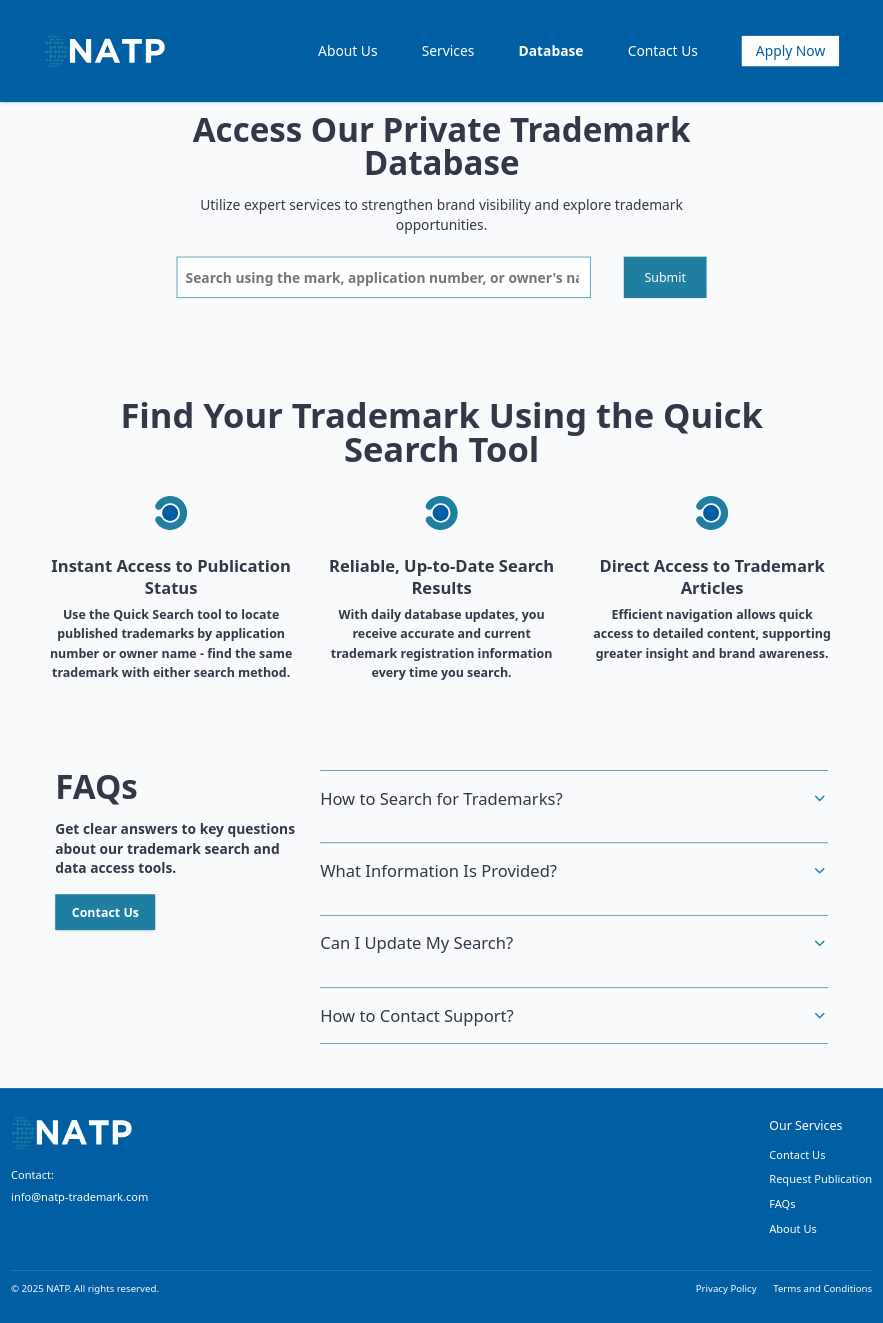
Repository: raushan22882917/natp-preview
Page: /search
The author's editor kept a copy of each file at every save. The page is drawn from the files as they stood at one save, then again after the next save.
The browser window is 1280 px wide. The pictures show the whole page, at 69% of full size.
The project was rebuilt for these pictures with package versions that can differ from the ones it lists, and the page was loaded fresh each time. Also part of the build but not shown: vite.config.ts, src/components/ui/tooltip.tsx, src/components/Hero.tsx, src/hooks/use-hash-scroll.tsx, src/pages/Index.tsx, src/pages/About.tsx, src/components/ui/card.tsx, src/components/SearchResults.tsx and 34 more.

Above is the page before, as saved 2025-05-13 00:45:52.

### index.html
<!DOCTYPE html>
<html lang="en">
  <head>
    <meta charset="UTF-8" />
    <meta name="viewport" content="width=device-width, initial-scale=1.0" />
    <title>NATP</title>
    <meta name="description" content="Trademark Publication and Registration Services" />
    <meta name="author" content="Trademark Publication" />
    <link rel="icon" type="image/png" href="/trade.png" />
    <link rel="apple-touch-icon" href="/trade.png" />

    <meta property="og:title" content="Trademark Publication" />
    <meta property="og:description" content="Trademark Publication and Registration Services" />
    <meta property="og:type" content="website" />
    <meta property="og:image" content="/images/og-image.png" />

    <meta name="twitter:card" content="summary_large_image" />
    <meta name="twitter:image" content="/images/og-image.png" />

    <!-- Start Single Page Apps for GitHub Pages -->
    <script type="text/javascript">
      // Single Page Apps for GitHub Pages/Vercel
      // MIT License
      // https://github.com/rafgraph/spa-github-pages
      (function(l) {
        if (l.search[1] === '/' ) {
          var decoded = l.search.slice(1).split('&').map(function(s) {
            return s.replace(/~and~/g, '&')
          }).join('?');
          window.history.replaceState(null, null,
              l.pathname.slice(0, -1) + decoded + l.hash
          );
        }
      }(window.location))
    </script>
    <!-- End Single Page Apps for GitHub Pages -->
  </head>

  <body>
    <div id="root"></div>
    <script type="module" src="/src/main.tsx"></script>
  </body>
</html>

### src/index.css

@tailwind base;
@tailwind components;
@tailwind utilities;

@layer base {
  :root {
    --background: 0 0% 100%;
    --primary-blue: 207 71% 32%;  /* #005ea2 */
    --secondary-blue: 196 67% 38%; /* #207ea0 */
    --gray: 0 0% 46%;             /* #757575 */
    --text-white: 0 0% 94%;       /* #f0f0f0 */
    --text-black: 0 0% 0%;        /* #000000 */
  }

  body {
    @apply bg-white text-[#000000] antialiased;
  }
}

@layer components {
  .stats-label {
    @apply text-sm text-gray-500;
  }
}

.hero-waves {
  background: linear-gradient(45deg, #005ea2 0%, #207ea0 100%);
  position: relative;
  overflow: hidden;
}

.hero-waves::before {
  content: '';
  position: absolute;
  width: 150%;
  height: 150%;
  top: -25%;
  left: -25%;
  background: url("data:[embedded picture, 221 characters]") repeat;
  animation: wave 15s linear infinite;
  opacity: 0.1;
}

@keyframes wave {
  0% { transform: rotate(0deg); }
  100% { transform: rotate(360deg); }
}

.learn-more-btn {
  @apply px-6 py-2 text-[#f0f0f0] border border-[#f0f0f0]/20 rounded hover:bg-[#f0f0f0]/10 transition-all;
}

.apply-now-btn {
  @apply px-6 py-2 bg-[#f0f0f0] text-[#005ea2] rounded hover:bg-[#f0f0f0]/90 transition-all;
}

.primary-btn {
  @apply px-6 py-2 bg-[#005ea2] text-[#f0f0f0] rounded hover:bg-[#207ea0] transition-all;
}

.stats-value {
  @apply text-5xl font-bold mb-2;
}

.faq-item {
  @apply border-b border-gray-200 py-4;
}

### src/components/ui/toaster.tsx
import { useToast } from "@/hooks/use-toast"
import {
  Toast,
  ToastClose,
  ToastDescription,
  ToastProvider,
  ToastTitle,
  ToastViewport,
} from "@/components/ui/toast"

export function Toaster() {
  const { toasts } = useToast()

  return (
    <ToastProvider>
      {toasts.map(function ({ id, title, description, action, ...props }) {
        return (
          <Toast key={id} {...props}>
            <div className="grid gap-1">
              {title && <ToastTitle>{title}</ToastTitle>}
              {description && (
                <ToastDescription>{description}</ToastDescription>
              )}
            </div>
            {action}
            <ToastClose />
          </Toast>
        )
      })}
      <ToastViewport />
    </ToastProvider>
  )
}

### src/components/ui/sonner.tsx
import { useTheme } from "next-themes"
import { Toaster as Sonner, toast } from "sonner"

type ToasterProps = React.ComponentProps<typeof Sonner>

const Toaster = ({ ...props }: ToasterProps) => {
  const { theme = "system" } = useTheme()

  return (
    <Sonner
      theme={theme as ToasterProps["theme"]}
      className="toaster group"
      toastOptions={{
        classNames: {
          toast:
            "group toast group-[.toaster]:bg-background group-[.toaster]:text-foreground group-[.toaster]:border-border group-[.toaster]:shadow-lg",
          description: "group-[.toast]:text-muted-foreground",
          actionButton:
            "group-[.toast]:bg-primary group-[.toast]:text-primary-foreground",
          cancelButton:
            "group-[.toast]:bg-muted group-[.toast]:text-muted-foreground",
        },
      }}
      {...props}
    />
  )
}

export { Toaster, toast }

### src/pages/Search.tsx
import { useState, useEffect, useCallback } from "react";
import { Navbar } from "@/components/Navbar";
import { Input } from "@/components/ui/input";
import { Button } from "@/components/ui/button";
import { ChevronUp, ChevronDown } from "lucide-react";
import {
  TrademarkCard,
  type TrademarkResult,
} from "@/components/TrademarkCard";
import { supabase } from "@/integrations/supabase/client";
import { toast } from "sonner";
import { debounce } from "lodash";
import { SearchResults } from "@/components/SearchResults";
import { Footer } from "@/components/Footer";
import { useSearchParams, useNavigate } from "react-router-dom";

export default function Search() {
  const [searchParams, setSearchParams] = useSearchParams();
  const navigate = useNavigate();
  const searchQuery = searchParams.get("q") || "";
  const [inputValue, setInputValue] = useState(searchQuery);

  // Log whenever component renders to debug
  console.log("Search component rendering with query:", searchQuery);

  const [results, setResults] = useState<TrademarkResult[]>([]);
  const [loading, setLoading] = useState(false);
  const [searchSubmitted, setSearchSubmitted] = useState(false);

  // Define performSearch function first, before any useEffect that uses it
  const performSearch = useCallback(async (query: string) => {
    if (!query.trim()) {
      setResults([]);
      return;
    }

    setLoading(true);

    try {
      // Get all trademarks first
      const { data: allTrademarks, error } = await supabase
        .from("trademarks")
        .select("*")
        .order("created_at", { ascending: false });

      if (error) throw error;

      console.log("Searching for:", query);

      // Filter the results based on our specific criteria with case sensitivity
      const filteredResults = allTrademarks.filter(trademark => {
        // Track if we found a match for debugging
        let matchFound = false;
        let matchReason = "";

        // 1. Exact match for application number (must be exact, including case)
        if (trademark.application_number && trademark.application_number === query) {
          matchFound = true;
          matchReason = `Match found by application number: ${trademark.application_number}`;
        }

        // 2. Exact word match for mark words (case sensitive) - PRIORITIZED
        if (!matchFound && trademark.mark) {
          // Split by whitespace to get individual words
          const markWords = trademark.mark.split(/\s+/);

          // Check if any word exactly matches the query (case sensitive)
          if (markWords.some(word => word === query)) {
            matchFound = true;
            matchReason = `Match found by mark word: ${query} in ${trademark.mark}`;
          }

          // Also check if the query is contained within the mark (for partial matches)
          if (!matchFound && trademark.mark.includes(query)) {
            matchFound = true;
            matchReason = `Match found by partial mark match: ${query} in ${trademark.mark}`;
          }
        }

        // 3. Exact word match for owner name words (except "LLC") (case insensitive for owner names)
        // Now lowest priority
        if (!matchFound && trademark.owner_name) {
          // Split by whitespace to get individual words
          const ownerWords = trademark.owner_name.split(/\s+/);

          // Convert query to lowercase for case-insensitive comparison with owner names
          const queryLower = query.toLowerCase();

          // Check if any word matches the query (case insensitive) and is not "LLC"
          if (ownerWords.some(word => word.toLowerCase() === queryLower && word !== "LLC")) {
            matchFound = true;
            matchReason = `Match found by owner word: ${query} in ${trademark.owner_name}`;
          }
        }

        // Log the result for this trademark
        if (matchFound) {
          console.log(matchReason);
          console.log("Full trademark data:", {
            id: trademark.id,
            application_number: trademark.application_number,
            mark: trademark.mark,
            owner_name: trademark.owner_name
          });
        }

        return matchFound;
      });

      if (filteredResults.length > 0) {
        setResults(filteredResults);
        if (searchSubmitted) {
          toast.success(`Found ${filteredResults.length} results`);
        }
      } else {
        setResults([]);
        if (searchSubmitted) {
          toast.info("No results found for your search");
        }
      }
    } catch (error) {
      console.error("Search error:", error);
      if (searchSubmitted) {
        toast.error("Failed to perform search. Please try again.");
      }
      setResults([]);
    } finally {
      setLoading(false);
    }
  }, [searchSubmitted]);

  // Debug info
  useEffect(() => {
    console.log("Search page loaded with query:", searchQuery);
  }, [searchQuery]);

  // Update inputValue whenever searchQuery (from URL) changes
  useEffect(() => {
    console.log("URL query param changed to:", searchQuery);
    setInputValue(searchQuery);
    // If there's a search query in the URL, consider it as submitted
    if (searchQuery) {
      setSearchSubmitted(true);
      performSearch(searchQuery);
    }
  }, [searchQuery, performSearch]);

  // Effect to trigger search when query changes
  useEffect(() => {
    if (!searchQuery) return;

    // Create a debounced function inside the effect
    const debouncedFn = debounce(() => {
      performSearch(searchQuery);
    }, 300);

    // Execute the debounced function
    debouncedFn();

    // Clean up
    return () => {
      debouncedFn.cancel();
    };
  }, [searchQuery, performSearch]);

  // Handle form submission for explicit search
  const handleSearch = (e: React.FormEvent) => {
    e.preventDefault();

    if (!inputValue.trim()) {
      toast.error("Please enter a search term");
      return;
    }

    setSearchParams({ q: inputValue }); // Update URL
    setSearchSubmitted(true);
  };

  const features = [
    {
      title: "Instant Access to Publication Status",
      description:
        "Use the Quick Search tool to locate published trademarks by application number or owner name - find the same trademark with either search method.",
    },
    {
      title: "Reliable, Up-to-Date Search Results",
      description:
        "With daily database updates, you receive accurate and current trademark registration information every time you search.",
    },
    {
      title: "Direct Access to Trademark Articles",
      description:
        "Efficient navigation allows quick access to detailed content, supporting greater insight and brand awareness.",
    },
  ];
  const faqs = [
    {
      question: "How to Search for Trademarks?",
      answer:
        "You can find trademarks by searching with the mark name, application number, or owner name. Enter an exact word from the trademark mark (e.g., 'NIKE'), the exact application number (e.g., 97654321), or an exact word from the owner name (except 'LLC') in the search field and select 'Submit'. The search prioritizes matches by mark first, then application number, and finally owner name. The search is case sensitive for application numbers and mark words, but case insensitive for owner names. For example, searching for 'raushan' will match both 'raushan' and 'RAUSHAN' in owner names. For application numbers, all digits must match exactly. Each result links to a detailed article for further information.",
    },
    {
      question: "What Information Is Provided?",
      answer:
        "Each trademark entry includes an article with image, owner details, and application date. General trademark guidance is also available to support new brand owners.",
    },
    {
      question: "Can I Update My Search?",
      answer:
        "Yes. You may revise your search at any time by entering a new application number or company name and initiating a new query. This ensures access to the most current trademark status.",
    },
    {
      question: "How to Contact Support?",
      answer:
        "For further assistance, use the 'Contact Us' button to reach our support team. We are available to address inquiries and ensure reliable guidance on trademark-related matters.",
    },
  ];

  const [openIndex, setOpenIndex] = useState<number | null>(null);

  const toggleFAQ = (index: number) => {
    setOpenIndex(openIndex === index ? null : index);
  };

  return (
    <div className="min-h-screen bg-gray-50">
      <Navbar />

      {/* Search Hero Section */}
      <div className="min-h-[300px] flex items-center justify-center text-center px-4">
        <div className="max-w-3xl mx-auto">
          <h1 className="text-4xl sm:text-5xl font-semibold text-[#333747] mb-6">
            Access Our Private Trademark Database
          </h1>
          <p className="text-lg sm:text-xl mb-8 text-[#333747]">
            Utilize expert services to strengthen brand visibility and explore
            trademark opportunities.
          </p>
          <form
            onSubmit={handleSearch}
            className="max-w-3xl mx-auto flex flex-col sm:flex-row gap-4 relative">
            <div className="relative w-full">
              <Input
                type="text"
                placeholder="Search using the mark, application number, or owner's name."
                className="bg-white w-full sm:w-[600px] h-[60px] text-gray-600 z-10 relative pr-4 py-3 border-[#207ea0] !text-xl font-semibold"
                value={inputValue}
                onChange={(e) => setInputValue(e.target.value)}
                autoComplete="off"
              />
            </div>
            <Button
              type="submit"
              className="bg-[#207ea0] hover:bg-[#207ea0] min-w-[120px] h-[60px] text-white text-lg"
              disabled={loading}>
              {loading ? "Searching..." : <>Submit</>}
            </Button>
          </form>
        </div>
      </div>

      {/* Search Results */}
      <div className="max-w-4xl mx-auto px-4 py-8">
        <SearchResults
          results={results}
          loading={loading}
          searchSubmitted={searchSubmitted}
          searchQuery={searchQuery}
        />
      </div>

      <section className="py-16">
        <div className="max-w-6xl mx-auto px-2 text-center">
          <h2 className="text-4xl sm:text-5xl md:text-[50px] font-semibold text-[#333747] mb-4 px-2 sm:px-10 md:px-20">
            Find Your Trademark Using the Quick Search Tool
          </h2>

          <div className="mt-10 grid grid-cols-1 sm:grid-cols-2 md:grid-cols-3 gap-8 sm:gap-10 md:gap-15">
            {features.map((feature, index) => (
              <div
                key={index}
                className="flex flex-col items-center text-center">
                <div className="mb-4">
                  <div className="w-14 h-14 mb-4 flex items-center justify-center">
                    <img src="/images/1.svg" alt="" />
                  </div>
                </div>
                <h3 className="text-xl sm:text-2xl md:text-[24px] font-semibold text-[#333747] mb-2">
                  {feature.title}
                </h3>
                <p className="text-[#333747] text-base sm:text-lg font-semibold">
                  {feature.description}
                </p>
              </div>
            ))}
          </div>
        </div>
      </section>

      <section className="py-16">
        <div className="max-w-6xl mx-auto px-4 grid grid-cols-1 md:grid-cols-3 gap-8">
          {/* Left Section */}
          <div className="md:col-span-1 mb-8 md:mb-0">
            <h2 className="text-4xl sm:text-5xl font-semibold text-[#333747] mb-6">
              FAQs
            </h2>
            <p className="text-[#333747] text-lg sm:text-xl font-semibold mb-6">
              Get clear answers to key questions about our trademark search and
              data access tools.
            </p>
            <button className="bg-[#207ea0] text-white px-6 py-3 shadow-md hover:bg-[#207ea0] transition-colors text-lg font-semibold">
              Contact Us
            </button>
          </div>

          {/* Right Section */}
          <div className="md:col-span-2 space-y-6">
            {faqs.map((faq, index) => (
              <div
                key={index}
                className="border-t border-[#207ea0] py-6 last:border-b">
                <button
                  className="w-full text-left flex justify-between items-center"
                  onClick={() => toggleFAQ(index)}>
                  <span className="text-xl sm:text-2xl font-medium text-[#333747]">
                    {faq.question}
                  </span>
                  <span className="text-[#207ea0]">
                    {openIndex === index ? (
                      <ChevronUp size={24} />
                    ) : (
                      <ChevronDown size={24} />
                    )}
                  </span>
                </button>
                {openIndex === index && (
                  <div className="mt-4 text-[#333747] text-lg sm:text-xl">
                    {faq.answer}
                  </div>
                )}
              </div>
            ))}
          </div>
        </div>
      </section>

      <Footer />
    </div>
  );
}

### src/components/ui/input.tsx
import * as React from "react"

import { cn } from "@/lib/utils"

const Input = React.forwardRef<HTMLInputElement, React.ComponentProps<"input">>(
  ({ className, type, ...props }, ref) => {
    return (
      <input
        type={type}
        className={cn(
          "flex h-10 w-full rounded-md border border-input bg-background px-3 py-2 text-base ring-offset-background file:border-0 file:bg-transparent file:text-sm file:font-medium file:text-foreground placeholder:text-muted-foreground focus-visible:outline-none focus-visible:ring-2 focus-visible:ring-ring focus-visible:ring-offset-2 disabled:cursor-not-allowed disabled:opacity-50 md:text-sm",
          className
        )}
        ref={ref}
        {...props}
      />
    )
  }
)
Input.displayName = "Input"

export { Input }

### src/components/ui/button.tsx
import * as React from "react"
import { Slot } from "@radix-ui/react-slot"
import { cva, type VariantProps } from "class-variance-authority"

import { cn } from "@/lib/utils"

const buttonVariants = cva(
  "inline-flex items-center justify-center gap-2 whitespace-nowrap rounded-md text-sm font-medium ring-offset-background transition-colors focus-visible:outline-none focus-visible:ring-2 focus-visible:ring-ring focus-visible:ring-offset-2 disabled:pointer-events-none disabled:opacity-50 [&_svg]:pointer-events-none [&_svg]:size-4 [&_svg]:shrink-0",
  {
    variants: {
      variant: {
        default: "bg-primary text-primary-foreground hover:bg-primary/90",
        destructive:
          "bg-destructive text-destructive-foreground hover:bg-destructive/90",
        outline:
          "border border-input bg-background hover:bg-accent hover:text-accent-foreground",
        secondary:
          "bg-secondary text-secondary-foreground hover:bg-secondary/80",
        ghost: "hover:bg-accent hover:text-accent-foreground",
        link: "text-primary underline-offset-4 hover:underline",
      },
      size: {
        default: "h-10 px-4 py-2",
        sm: "h-9 rounded-md px-3",
        lg: "h-11 rounded-md px-8",
        icon: "h-10 w-10",
      },
    },
    defaultVariants: {
      variant: "default",
      size: "default",
    },
  }
)

export interface ButtonProps
  extends React.ButtonHTMLAttributes<HTMLButtonElement>,
    VariantProps<typeof buttonVariants> {
  asChild?: boolean
}

const Button = React.forwardRef<HTMLButtonElement, ButtonProps>(
  ({ className, variant, size, asChild = false, ...props }, ref) => {
    const Comp = asChild ? Slot : "button"
    return (
      <Comp
        className={cn(buttonVariants({ variant, size, className }))}
        ref={ref}
        {...props}
      />
    )
  }
)
Button.displayName = "Button"

export { Button, buttonVariants }

### src/integrations/supabase/client.ts
// This file is automatically generated. Do not edit it directly.
import { createClient } from '@supabase/supabase-js';
import type { Database } from './types';

const SUPABASE_URL = "https://koljfqumuugekkvmupcx.supabase.co";
const SUPABASE_PUBLISHABLE_KEY = "eyJhbGciOiJIUzI1NiIsInR5cCI6IkpXVCJ9.eyJpc3MiOiJzdXBhYmFzZSIsInJlZiI6ImtvbGpmcXVtdXVnZWtrdm11cGN4Iiwicm9sZSI6ImFub24iLCJpYXQiOjE3NDU2NDUxNTIsImV4cCI6MjA2MTIyMTE1Mn0.q_Ti5BMmR2LXbXDshiDIVzI6Ke7A7XIIEcrrj0AxdqI";

// Import the supabase client like this:
// import { supabase } from "@/integrations/supabase/client";

export const supabase = createClient<Database>(SUPABASE_URL, SUPABASE_PUBLISHABLE_KEY);

Loaded but not shown: src/main.tsx (common file); src/hooks/use-toast.ts (common file); src/lib/utils.ts (common file); src/components/Navbar.tsx (231 lines, source omitted); src/components/ui/navigation-menu.tsx (128 lines, source omitted); src/components/ui/toast.tsx (127 lines, source omitted); src/components/ui/sheet.tsx (130 lines, source omitted); tailwind.config.ts (103 lines, source omitted); src/components/Footer.tsx (79 lines, source omitted); src/App.tsx (57 lines, source omitted)

After the next save:
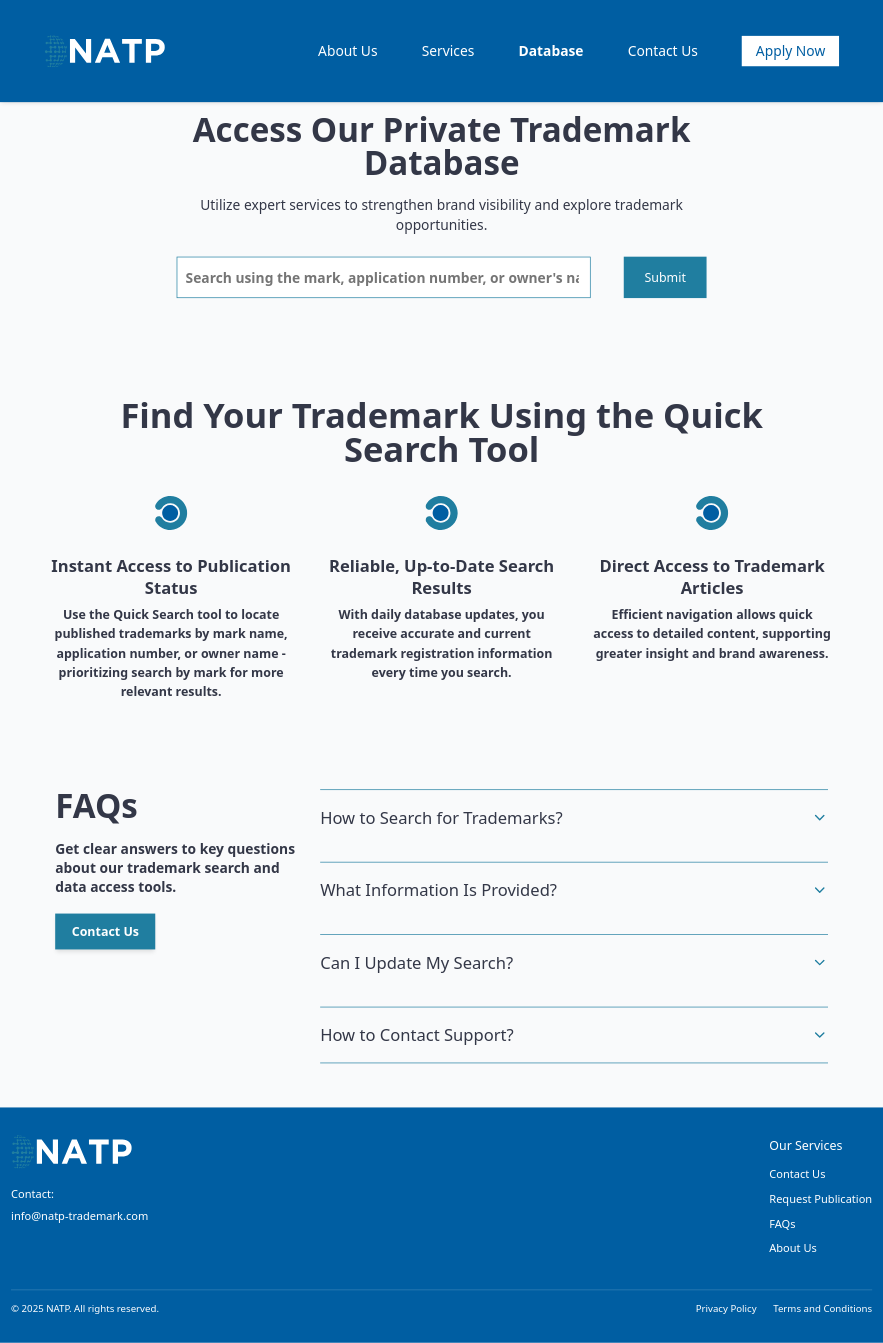
Saved 11 s later.
--- a/src/pages/Search.tsx
+++ b/src/pages/Search.tsx
@@ -180,7 +180,7 @@ export default function Search() {
     {
       title: "Instant Access to Publication Status",
       description:
-        "Use the Quick Search tool to locate published trademarks by application number or owner name - find the same trademark with either search method.",
+        "Use the Quick Search tool to locate published trademarks by mark name, application number, or owner name - prioritizing search by mark for more relevant results.",
     },
     {
       title: "Reliable, Up-to-Date Search Results",
